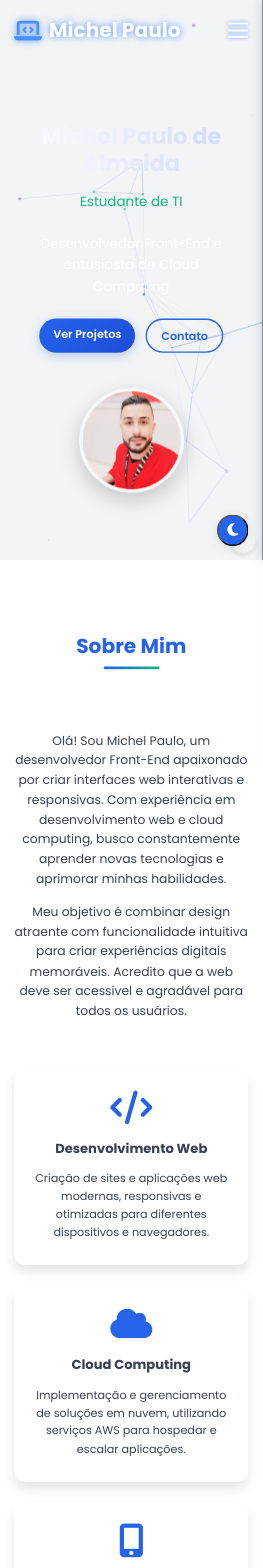
Repository: MichelAlmeida1990/Portfolio-Profissional
Page: index.html
The author's editor kept a copy of each file at every save. The page is drawn from the files as they stood at one save, then again after the next save.
The browser window is 375 px wide. The pictures show the part of the page from y = 0 to 2240 px (the page is 9754 px tall), at 70% of full size.

Above is the page before, as saved 2025-04-13 17:04:41.

After the next save:
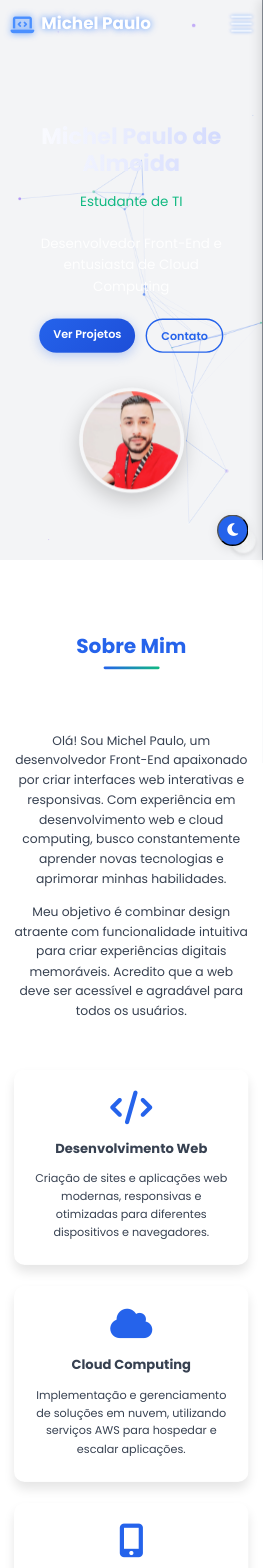
Saved 22 s later.
--- a/css/menu-style.css
+++ b/css/menu-style.css
@@ -256,4 +256,93 @@
   .nav-links a {
     font-size: 1.2rem;
   }
-}
+
+  .menu-close {
+    top: 15px;
+    right: 15px;
+  }
+
+  .nav-content {
+    padding: 70px 20px 30px;
+  }
+
+  .navbar {
+    padding: 15px;
+  }
+
+  .logo a {
+    font-size: 1.5rem;
+  }
+
+  .logo a i {
+    font-size: 1.7rem;
+  }
+
+  /* Ajuste para a altura da barra de navegação em dispositivos móveis */
+  .navbar.scrolled {
+    padding: 10px 15px;
+  }
+
+  /* Melhorar a visibilidade das barras do menu hamburger */
+  .menu-hamburger .bar {
+    height: 2px;
+  }
+
+  /* Ajustar espaçamento entre itens do menu */
+  .nav-links li {
+    margin: 12px 0;
+  }
+
+  /* Centralizar os links sociais */
+  .menu-overlay .social-links {
+    justify-content: center;
+    width: 100%;
+  }
+}
+
+/* Ajustes para telas muito pequenas */
+@media (max-width: 480px) {
+  .nav-links a {
+    font-size: 1.1rem;
+  }
+
+  .menu-overlay .social-links a {
+    width: 35px;
+    height: 35px;
+    font-size: 1rem;
+  }
+}
+
+/* Ajustes para tema escuro na navbar */
+[data-theme='dark'] .navbar:not(.scrolled) .menu-hamburger .bar {
+  background-color: var(--light-color);
+}
+
+[data-theme='dark'] .navbar.scrolled {
+  background-color: var(--navbar-background);
+}
+
+[data-theme='dark'] .navbar.scrolled .menu-hamburger .bar {
+  background-color: var(--navbar-text);
+}
+
+[data-theme='dark'] .menu-overlay {
+  background-color: var(--dark-color);
+}
+
+[data-theme='dark'] .menu-close {
+  color: var(--light-color);
+}
+
+[data-theme='dark'] .nav-links a {
+  color: var(--light-color);
+}
+
+[data-theme='dark'] .menu-overlay .social-links a {
+  background: rgba(255, 255, 255, 0.1);
+  color: var(--light-color);
+}
+
+[data-theme='dark'] .menu-overlay .social-links a:hover {
+  background: var(--primary-color);
+}
